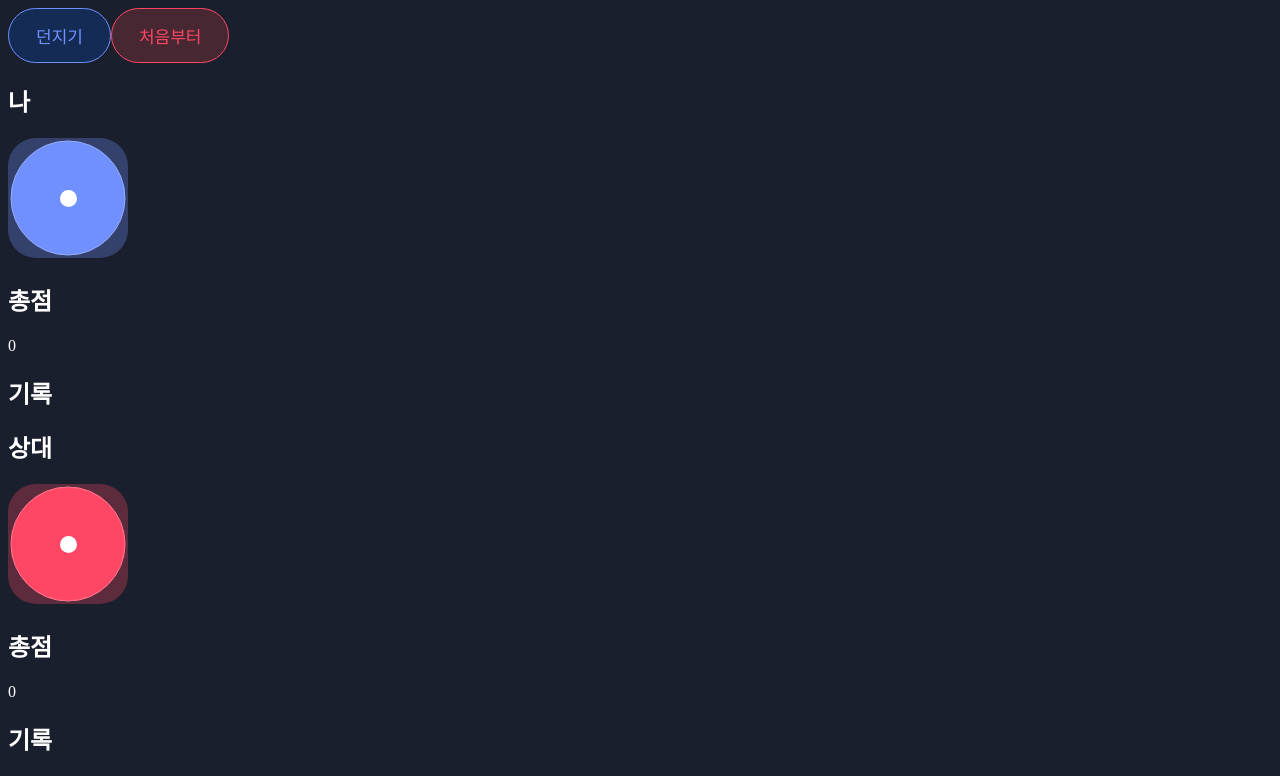
Repository: songjiwon17/React_study
Page: /
An editor plug-in stored every save of this project. The page is shown before and after a run of saves, followed by the edit.
The browser window is 1280 px wide. The pictures show the whole page.
The project was rebuilt for these pictures with package versions that can differ from the ones it lists, and the page was loaded fresh each time.

Above is the page before, as saved 2023-09-17 13:33:36.

### public/index.html
<!DOCTYPE html>
<html lang="ko">
  <head>
    <meta charset="utf-8" />
    <title>주사위게임</title>
  </head>
  <body>
    <div id="root"></div>
  </body>
</html>

### src/index.js
import ReactDOM from 'react-dom/client';
import Dice from './Dice';
import App from './App';
import './index.css';

const root = ReactDOM.createRoot(document.getElementById('root'));
root.render(
    <App></App>
);

### src/Dice.js
import diceBlue01 from "./assets/dice-blue-1.svg";
import diceBlue02 from "./assets/dice-blue-2.svg";
import diceBlue03 from "./assets/dice-blue-3.svg";
import diceBlue04 from "./assets/dice-blue-4.svg";
import diceBlue05 from "./assets/dice-blue-5.svg";
import diceBlue06 from "./assets/dice-blue-6.svg";
import diceRed01 from "./assets/dice-red-1.svg";
import diceRed02 from "./assets/dice-red-2.svg";
import diceRed03 from "./assets/dice-red-3.svg";
import diceRed04 from "./assets/dice-red-4.svg";
import diceRed05 from "./assets/dice-red-5.svg";
import diceRed06 from "./assets/dice-red-6.svg";

const DICE_IMAGES = {
    blue: [diceBlue01, diceBlue02, diceBlue03, diceBlue04, diceBlue05, diceBlue06],
    red: [diceRed01, diceRed02, diceRed03, diceRed04, diceRed05, diceRed06]
};

function Dice({color = "blue" ,num = 1}){
    const src = DICE_IMAGES[color][num -1];
    const alt = `${color} ${num}`;
    return <img src={src} alt={alt}/>;
}
export default Dice;

### src/App.js
import { useState } from "react";
import Board from "./Board";
import Button from "./Button";

function random(n){
    return Math.ceil(Math.random() * n);
}

function App(){
    const [myHistory, setMyHistory] = useState([]);
    const [otherHistory, setOtherHistory] = useState([]);

    const handleRollClick = ()=>{
        const nextMyNum = random(6);
        const nextOtherNum = random(6);
        setMyHistory([...myHistory, nextMyNum]);
        setOtherHistory([...otherHistory, nextOtherNum]);
    }
    const handleClearClick = () =>{
        setMyHistory([]);
        setOtherHistory([]);
    }

    return(
        <div>
            <div>
                <Button color="blue" onClick={handleRollClick}>던지기</Button>
                <Button color="red" onClick={handleClearClick}>처음부터</Button>
            </div>
            <div>
                <Board name="나" color="blue" gameHistory={myHistory}/>
                <Board name="상대" color="red" gameHistory={otherHistory} />
            </div>
        </div>
    )
}
export default App;

### src/index.css
body{
    background-color: #191f2c;
    color: #fff;
}

### src/Board.js
import { useState } from "react";
import Button from "./Button";
import Dice from "./Dice";

function Board({name, color, gameHistory}){
    const num = gameHistory[gameHistory.length -1] || 1;
    const sum = gameHistory.reduce((a,b) => a+b,0);

    return(
        <div>
            <h2>{name}</h2>
            <Dice color={color} num = {num}/>
            <h2>총점</h2>
            <p>{sum}</p>
            <h2>기록</h2>
            <p>{gameHistory.join(', ')}</p>
        </div>
    )
}
export default Board;

### src/Button.js
const baseButtonStyle = {
    padding: '14px 27px',
    outline: 'none',
    cursor: 'pointer',
    borderRadius: '30px',
    fontSize: '17px',
};

const blueButtonStyle = {
    ...baseButtonStyle,
    backgroundColor: 'rgba(0, 89, 255, 0.2)',
    border: 'solid 1px #7090ff',
    color: '#7090ff'
}

const redButtonStyle = {
    ...baseButtonStyle,
    backgroundColor: 'rgba(255, 78, 78, 0.2)',
    border: 'solid 1px #ff4664',
    color: '#ff4664'
}

function Button({children ,onClick, color}){
    const style = color === 'red' ? redButtonStyle : blueButtonStyle;
    return <button style={style} onClick={onClick}>{children}</button>
}
export default Button;

### src/Button.css
.Button{
    padding: 14px 27px;
    border-radius: 9999px;
    outline: none;
    cursor: pointer;
    font-size: 17px;
}

.Button.blue{
    background-color: rgba(0,89,255,0.2);
    border: solid 1px #7090ff;
    color: #7090ff;
}

.Button.red{
    background-color: rgba(255,78,78,0.2);
    border: solid 1px #ff4664;
    color: #ff4664;
}

After the next 3 saves:
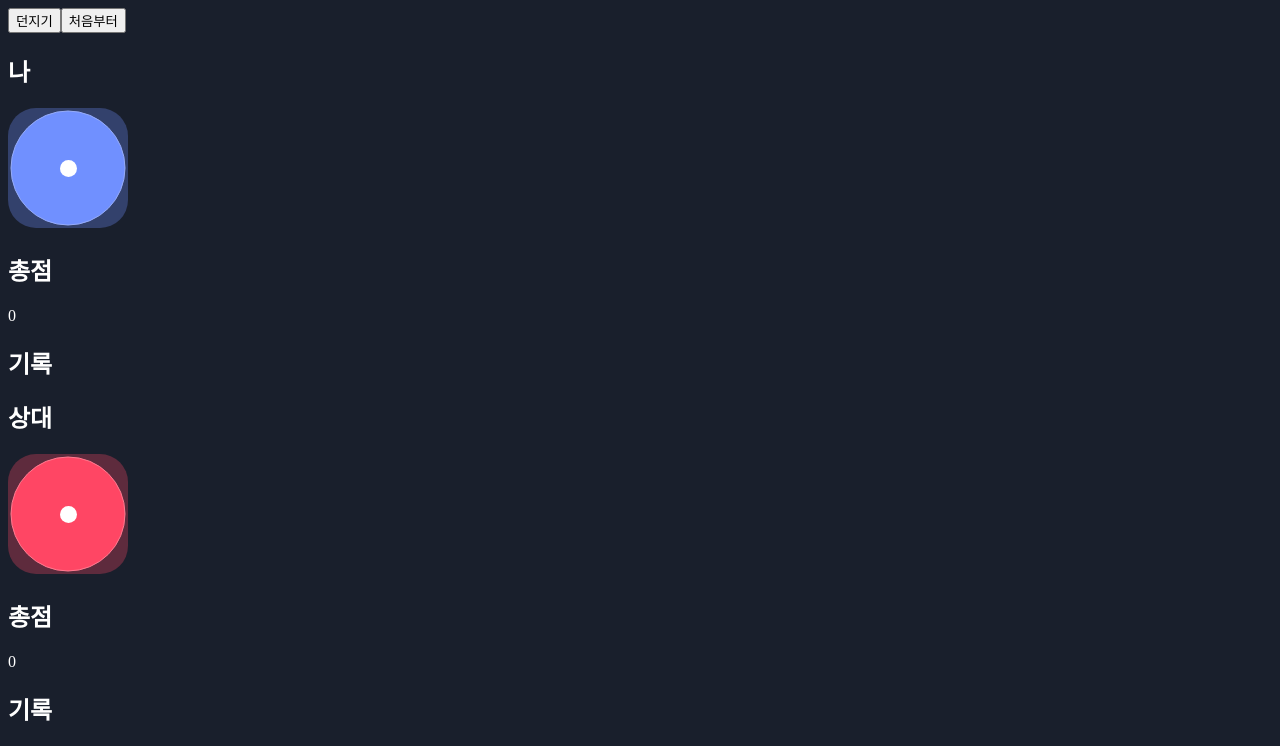
The 3 saves are shown as one change because 2 did not build or start.
The last was saved 2 min 51 s later.
--- a/src/Button.js
+++ b/src/Button.js
@@ -1,27 +1,7 @@
-const baseButtonStyle = {
-    padding: '14px 27px',
-    outline: 'none',
-    cursor: 'pointer',
-    borderRadius: '30px',
-    fontSize: '17px',
-};
-
-const blueButtonStyle = {
-    ...baseButtonStyle,
-    backgroundColor: 'rgba(0, 89, 255, 0.2)',
-    border: 'solid 1px #7090ff',
-    color: '#7090ff'
-}
-
-const redButtonStyle = {
-    ...baseButtonStyle,
-    backgroundColor: 'rgba(255, 78, 78, 0.2)',
-    border: 'solid 1px #ff4664',
-    color: '#ff4664'
-}
+import './Button.css';
 
 function Button({children ,onClick, color}){
-    const style = color === 'red' ? redButtonStyle : blueButtonStyle;
-    return <button style={style} onClick={onClick}>{children}</button>
+    const classNames = `Button ${color}`;
+    return <button clssName={classNames} onClick={onClick}>{children}</button>
 }
 export default Button;

After the 3 saves that followed:
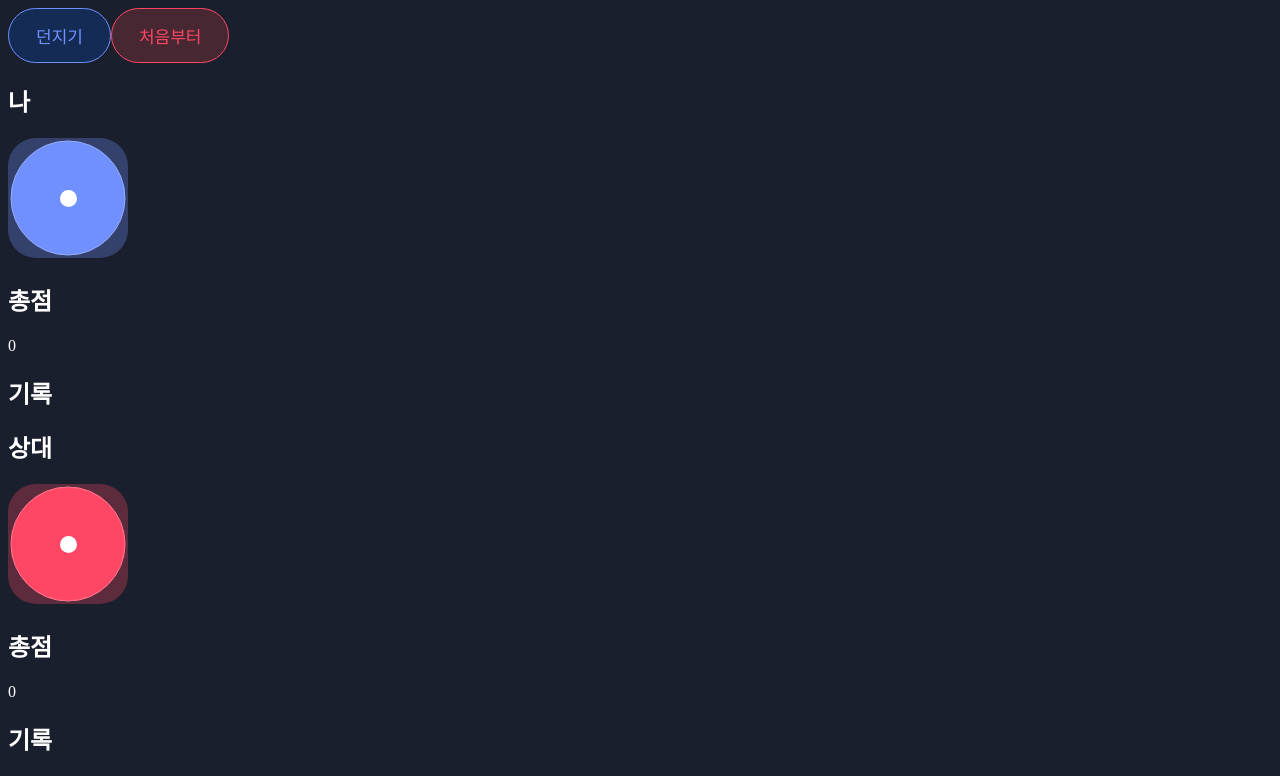
The 3 saves are shown as one change because 2 left the picture as it was.
The last was saved 4 min 19 s later.
--- a/src/App.js
+++ b/src/App.js
@@ -24,8 +24,8 @@ function App(){
     return(
         <div>
             <div>
-                <Button color="blue" onClick={handleRollClick}>던지기</Button>
-                <Button color="red" onClick={handleClearClick}>처음부터</Button>
+                <Button color='blue' onClick={handleRollClick}>던지기</Button>
+                <Button color='red' onClick={handleClearClick}>처음부터</Button>
             </div>
             <div>
                 <Board name="나" color="blue" gameHistory={myHistory}/>
--- a/src/Button.js
+++ b/src/Button.js
@@ -1,7 +1,7 @@
 import './Button.css';
 
-function Button({children ,onClick, color}){
-    const classNames = `Button ${color}`;
-    return <button clssName={classNames} onClick={onClick}>{children}</button>
+function Button({children ,onClick, color = 'blue'}){
+    const classNames = `Button ${color}`; //클래스명을 추가할 때 빈 공백이 필요하다.
+    return <button className={classNames} onClick={onClick}>{children}</button>
 }
 export default Button;
